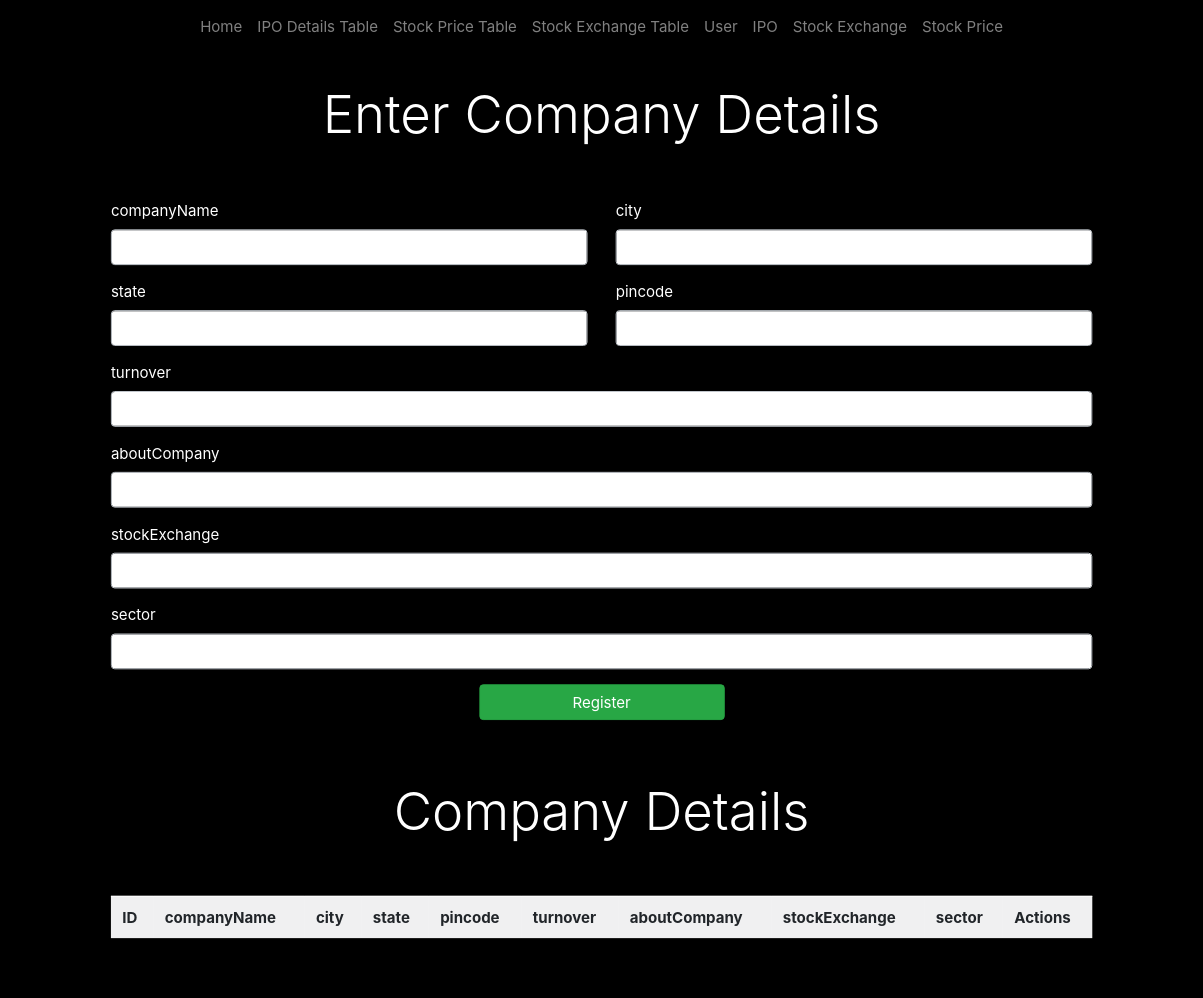
Repository: Gurudutt-S/cts-training
Page: http://localhost/StockExchangeChartingWeb/WEB-INF/views/companies.jsp
The author's editor kept a copy of each file at every save. The page is drawn from the files as they stood at one save, then again after the next save.
The browser window is 1280 px wide. The pictures show the whole page, at 94% of full size.
The page is served by Tomcat 9. Nobody is signed in. Other server files are loaded and not shown. The template is opened directly, without the code that normally fills it, so the values that code supplies are empty.

Above is the page before, as saved 2020-02-13 08:34:16.
Console error (its wording comes from the project's code and is left out).

### Day_37/StockExchangeChartingWeb/src/main/webapp/WEB-INF/views/companies.jsp
<%@include file="header.jsp"%>

<%@ taglib uri="http://www.springframework.org/tags/form" prefix="form"%>
<%@ taglib uri="http://java.sun.com/jsp/jstl/core" prefix="c"%>

<h2 class="display-4 text-center">Enter Company Details</h2>
<c:url var="companyUrl" value="/company/save" />

<div class="container p-5">
	<form:form action="${companyUrl }" modelAttribute="company">

		<c:if test="${!empty company.companyName}">
			<div class="form-group">
				<form:label path="id">ID</form:label>
				<form:input path="id" class="form-control" readonly="true"
					disabled="true"></form:input>
				<form:hidden path="id" />
			</div>
		</c:if>

		<div class="row">
			<div class="form-group col">
				<form:label path="companyName">companyName</form:label>
				<form:input path="companyName" class="form-control"></form:input>
			</div>
			<div class="form-group col">
				<form:label path="city">city</form:label>
				<form:input path="city" class="form-control"></form:input>
			</div>
		</div>
		<div class="row">
			<div class="form-group col">
				<form:label path="state">state</form:label>
				<form:input path="state" class="form-control"></form:input>
			</div>
			<div class="form-group col">
				<form:label path="pincode">pincode</form:label>
				<form:input path="pincode" class="form-control"></form:input>
			</div>
		</div>
		<div class="form-group">
			<form:label path="turnover">turnover</form:label>
			<form:input path="turnover" class="form-control"></form:input>
		</div>
		<div class="form-group">
			<form:label path="aboutCompany">aboutCompany</form:label>
			<form:input path="aboutCompany" class="form-control"></form:input>
		</div>
		<div class="form-group">
			<form:label path="stockExchange">stockExchange</form:label>
			<form:input path="stockExchange" class="form-control"></form:input>
		</div>
		<div class="form-group">
			<form:label path="sector">sector</form:label>
			<form:input path="sector" class="form-control"></form:input>
		</div>

		<div class="text-center">
			<c:if test="${empty company.companyName }">
				<input type="submit" value="Register" class="btn btn-success w-25">
			</c:if>
			<c:if test="${!empty company.companyName }">
				<input type="submit" value="update" class="btn btn-success w-25">
			</c:if>
		</div>
	</form:form>
</div>



<h2 class="display-4 text-center">Company Details</h2>
<div class="container p-5">

	<table class="table table-light table-hover table-striped">
		<tr>
			<th>ID</th>
			<th>companyName</th>
			<th>city</th>
			<th>state</th>
			<th>pincode</th>
			<th>turnover</th>
			<th>aboutCompany</th>
			<th>stockExchange</th>
			<th>sector</th>
			<th>Actions</th>
		</tr>
		<tbody>
			<c:forEach var="company" items="${companyList }">
				<tr>
					<td>${company.id }</td>
					<td>${company.companyName }</td>
					<td>${company.city }</td>
					<td>${company.state }</td>
					<td>${company.pincode }</td>
					<td>${company.turnover }</td>
					<td>${company.aboutCompany }</td>
					<td>${company.stockExchange }</td>
					<td>${company.sector }</td>
					<td><a
						href="<c:url value='/remove-company/${company.id  }' />">Remove</a>
						| <a href="<c:url value='/update-company/${company.id  }' />">Update</a></td>
				</tr>

			</c:forEach>
		</tbody>
	</table>
</div>


</body>
</html>

### Day_37/StockExchangeChartingWeb/src/main/webapp/WEB-INF/views/header.jsp
<%@ page isELIgnored="false"%>
<%@ taglib uri="http://java.sun.com/jsp/jstl/core" prefix="c"%>
<html>
<head>
<link rel="stylesheet"
	href="https://stackpath.bootstrapcdn.com/bootstrap/4.4.1/css/bootstrap.min.css"
	integrity="sha384-Vkoo8x4CGsO3+Hhxv8T/Q5PaXtkKtu6ug5TOeNV6gBiFeWPGFN9MuhOf23Q9Ifjh"
	crossorigin="anonymous">
<script
	src="https://stackpath.bootstrapcdn.com/bootstrap/4.4.1/js/bootstrap.min.js"
	integrity="sha384-wfSDF2E50Y2D1uUdj0O3uMBJnjuUD4Ih7YwaYd1iqfktj0Uod8GCExl3Og8ifwB6"
	crossorigin="anonymous"></script>


</head>
<body style="color: white; background-color: black;">

	<nav class="navbar navbar-expand-lg navbar-dark ">
		<div class="collapse navbar-collapse">
			<ul class="navbar-nav mx-auto">
				<li class="nav-item"><a href="home" class="nav-link">Home</a></li>
				<li class="nav-item"><a href="ipoDetails" class="nav-link">IPO
						Details Table</a></li>
				<li class="nav-item"><a href="stockPrice" class="nav-link">Stock
						Price Table</a></li>
				<li class="nav-item"><a href="stockExchange" class="nav-link">Stock
						Exchange Table</a></li>
				<li class="nav-item"><a href="user-home" class="nav-link">User
						</a></li>
				<li class="nav-item"><a href="ipo-home" class="nav-link">IPO
						</a></li>
				<li class="nav-item"><a href="stockExchange-home" class="nav-link">Stock Exchange
						</a></li>
				<li class="nav-item"><a href="stockPrice-home" class="nav-link">Stock Price</a> </li>
			</ul>
		</div>
	</nav>

	<hr>

</body>
</html>

After the next save:
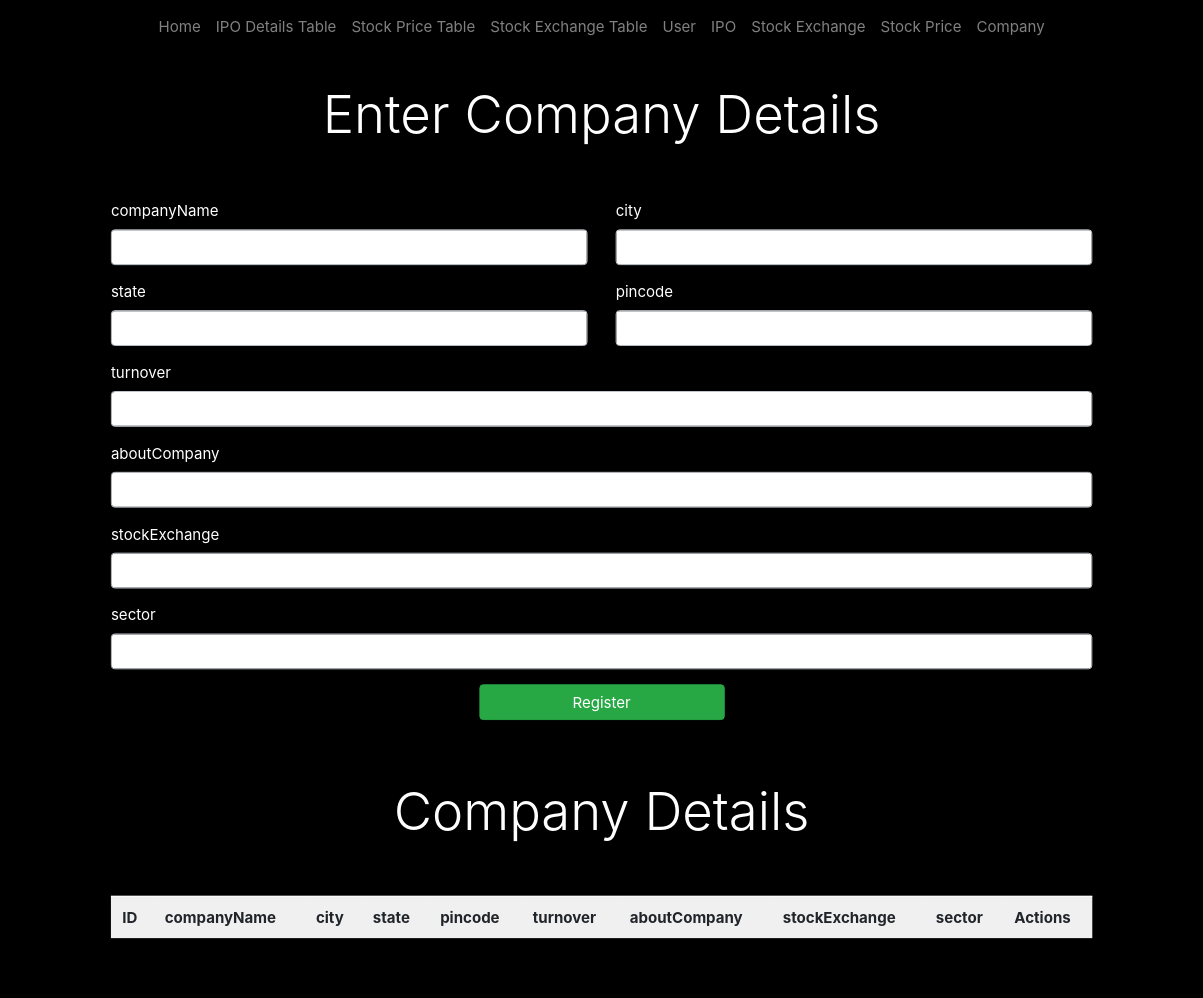
Saved 98 s later.
--- a/Day_37/StockExchangeChartingWeb/src/main/webapp/WEB-INF/views/header.jsp
+++ b/Day_37/StockExchangeChartingWeb/src/main/webapp/WEB-INF/views/header.jsp
@@ -32,6 +32,7 @@
 				<li class="nav-item"><a href="stockExchange-home" class="nav-link">Stock Exchange
 						</a></li>
 				<li class="nav-item"><a href="stockPrice-home" class="nav-link">Stock Price</a> </li>
+				<li class="nav-item"><a href="company-home" class="nav-link">Company</a> </li>
 			</ul>
 		</div>
 	</nav>
